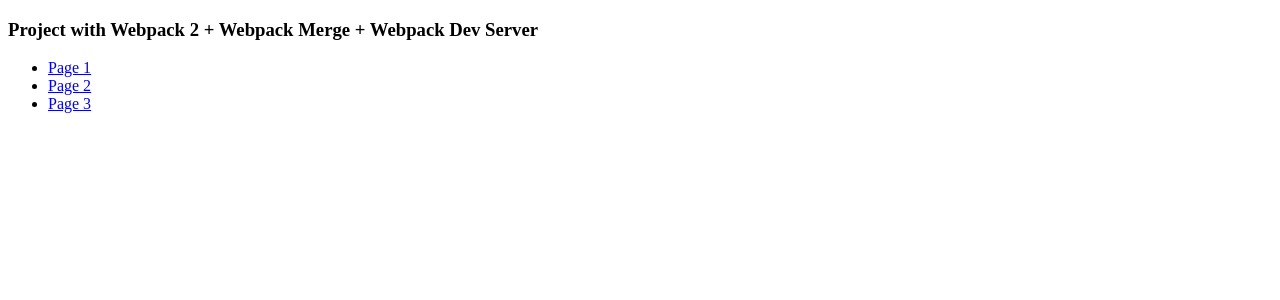
Repository: Symfomany/wildwebpack
Page: src/index.html
An editor plug-in stored every save of this project. The page is shown before and after a run of saves, followed by the edit.
The browser window is 1280 px wide. The pictures show the whole page.

Above is the page before, as saved 2017-03-03 06:17:18.

### src/index.html
<!doctype html>
<html lang="fr">
<head>
  <meta charset="utf-8">
  <meta name="viewport" content="width=device-width, initial-scale=1">
  <title>Wild Webpack 2</title>
</head>
<body>
  <div class="container-fluid">
    <h3>Project with Webpack 2 + Webpack Merge + Webpack Dev Server </h3>
    <ul class="nav nav-pills">
        <li role="presentation" class="active" ><a href="#">Page 1 </a></li>
        <li role="presentation" ><a href="/page2">Page 2 </a></li>
        <li role="presentation"  ><a href="/page3">Page 3 </a></li>
    </ul>

  </div>
</body>
</html>

After the next 2 saves:
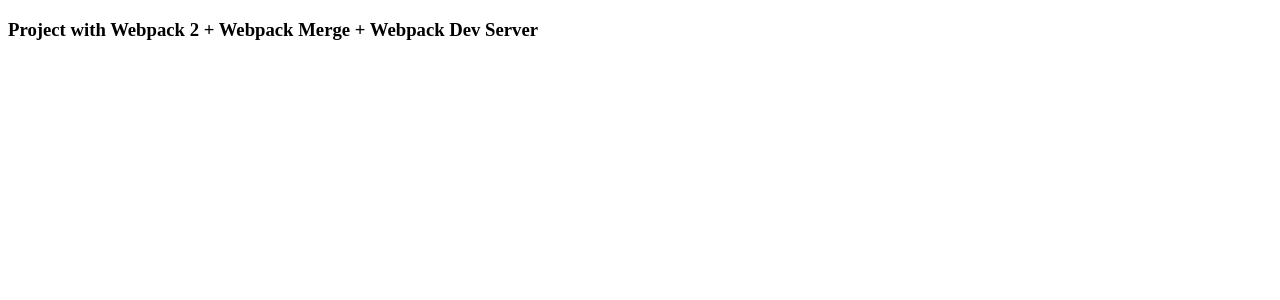
The 2 saves are shown as one change because they came seconds apart.
The last was saved 17 s later.
--- a/src/index.html
+++ b/src/index.html
@@ -8,12 +8,6 @@
 <body>
   <div class="container-fluid">
     <h3>Project with Webpack 2 + Webpack Merge + Webpack Dev Server </h3>
-    <ul class="nav nav-pills">
-        <li role="presentation" class="active" ><a href="#">Page 1 </a></li>
-        <li role="presentation" ><a href="/page2">Page 2 </a></li>
-        <li role="presentation"  ><a href="/page3">Page 3 </a></li>
-    </ul>
-
   </div>
 </body>
 </html>
